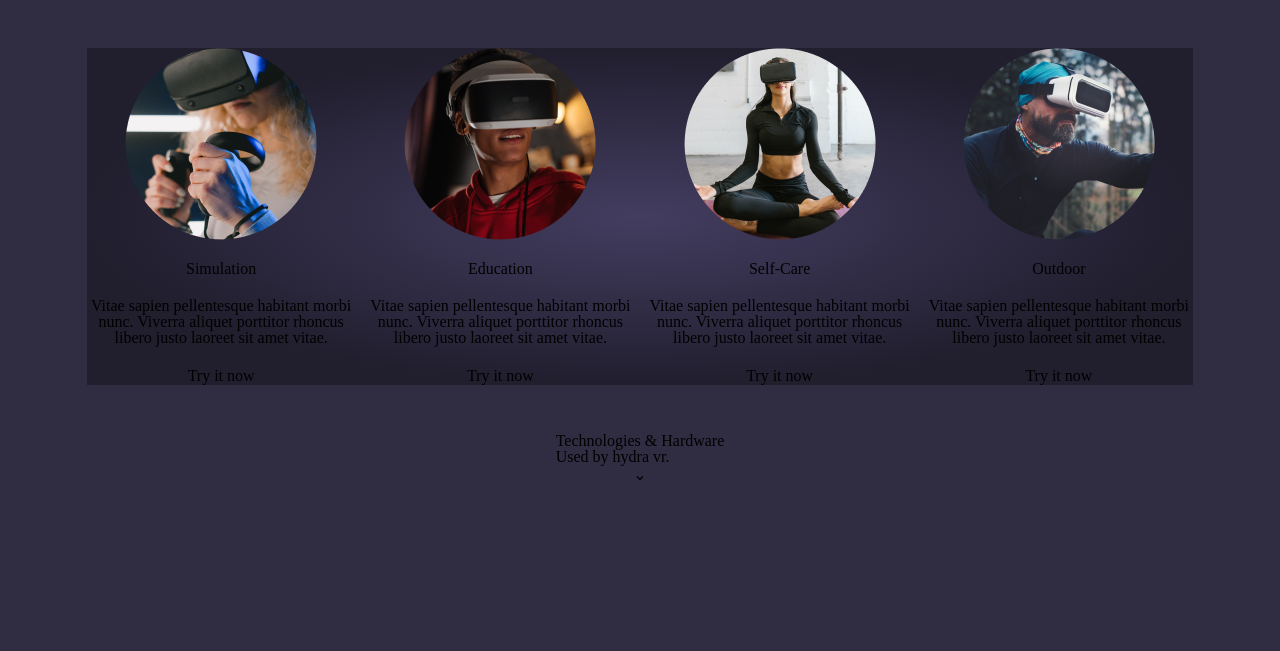
Repository: xMargi/Hydra-LandingPage
Page: index.html
The author's editor kept a copy of each file at every save. The page is drawn from the files as they stood at one save, then again after the next save.
The browser window is 1280 px wide. The pictures show the whole page.

Above is the page before, as saved 2023-06-07 20:09:31.

### index.html
    <!DOCTYPE html>
    <html lang="pt-br">
    <head>
        <meta charset="UTF-8">
        <meta http-equiv="X-UA-Compatible" content="IE=edge">
        <meta name="viewport" content="width=device-width, initial-scale=1.0">
        <title>Hydra - Landing Page</title>
        <link rel="stylesheet" href="./reset.css">
        <link rel="stylesheet" href="./style.css">
    </head>
    <body>
        <div class="cartoes">
            <div class="cartao">
                <img src="./assets/1.png" alt="Mulher jogando em realidade virtual" class="cartao__img">
                <h1 class="cartao__titulo">Simulation</h1>
                <p class="cartao__paragrafo">Vitae sapien pellentesque habitant morbi
                nunc. Viverra aliquet porttitor rhoncus
                libero justo laoreet sit amet vitae.</p>
                <button class="cartao__button">Try it now</button>
            </div>
            <div class="cartao">
                <img src="./assets/2.png" alt="Homem usando um óculos de realidade virtual" class="cartao__img">
                <h1 class="cartao__titulo">Education</h1>
                <p class="cartao__paragrafo">Vitae sapien pellentesque habitant morbi
                nunc. Viverra aliquet porttitor rhoncus
                libero justo laoreet sit amet vitae.</p>
                <button class="cartao__button">Try it now</button>
            </div>
            <div class="cartao">
                <img src="./assets/3.png" alt="Mulher meditando com óculos de realidade virtual" class="cartao__img">
                <h1 class="cartao__titulo">Self-Care</h1>
                <p class="cartao__paragrafo">Vitae sapien pellentesque habitant morbi
                nunc. Viverra aliquet porttitor rhoncus
                libero justo laoreet sit amet vitae.</p>
                <button class="cartao__button">Try it now</button>
            </div>
            <div class="cartao">
                <img src="./assets/4.png" alt="Homem fazendo exercicíos utilizando um óculos de realidade virtual" class="cartao__img">
                <h1 class="cartao__titulo">Outdoor</h1>
                <p class="cartao__paragrafo">Vitae sapien pellentesque habitant morbi
                nunc. Viverra aliquet porttitor rhoncus
                libero justo laoreet sit amet vitae.</p>
                <button class="cartao__button">Try it now</button>
            </div>
        </div>
        <div class="container__imagem">
            <h1 class="imagem__titulo">Technologies & Hardware</h1>
            <p class="imagem__paragrafo">Used by hydra vr.</p>
        </div>
        <button class="botao__baixo">&#8964</button>
        <script src="./script.js"></script>
    </body>
    </html>

### style.css
@import url('https://fonts.googleapis.com/css2?family=Montserrat:wght@300;400;700&display=swap');

:root{

    --fonte: 'Montserrat', sans-serif;
    --cor-fundo: #302C42;
    --cor-cartao: radial-gradient(50% 50% at 50% 50%, #433D60 0%, #211E2E 100%);
    --cor-button: linear-gradient(90deg, #8176AF 0%, #C0B7E8 100%);
    --cor-branca: #FFFFFF;
    --cor-texto: #343045;

}

body{
    box-sizing: border-box;
    background: var(--cor-fundo);
    display: flex;
    align-items: center;
    flex-direction: column;

}

.cartoes{
    margin:3rem 5.4375rem;
    display: flex;
    background: var(--cor-cartao);
    gap: 0.6875rem;
}

.cartao{

    display: flex;
    flex-direction: column;
    gap: 1.3125rem;
    align-items: center;
    justify-content: center;
    text-align: center;
}

Loaded but not shown: main/reset.css (common file); script.js (no copy from this time; the picture is the same without it)

After the next save:
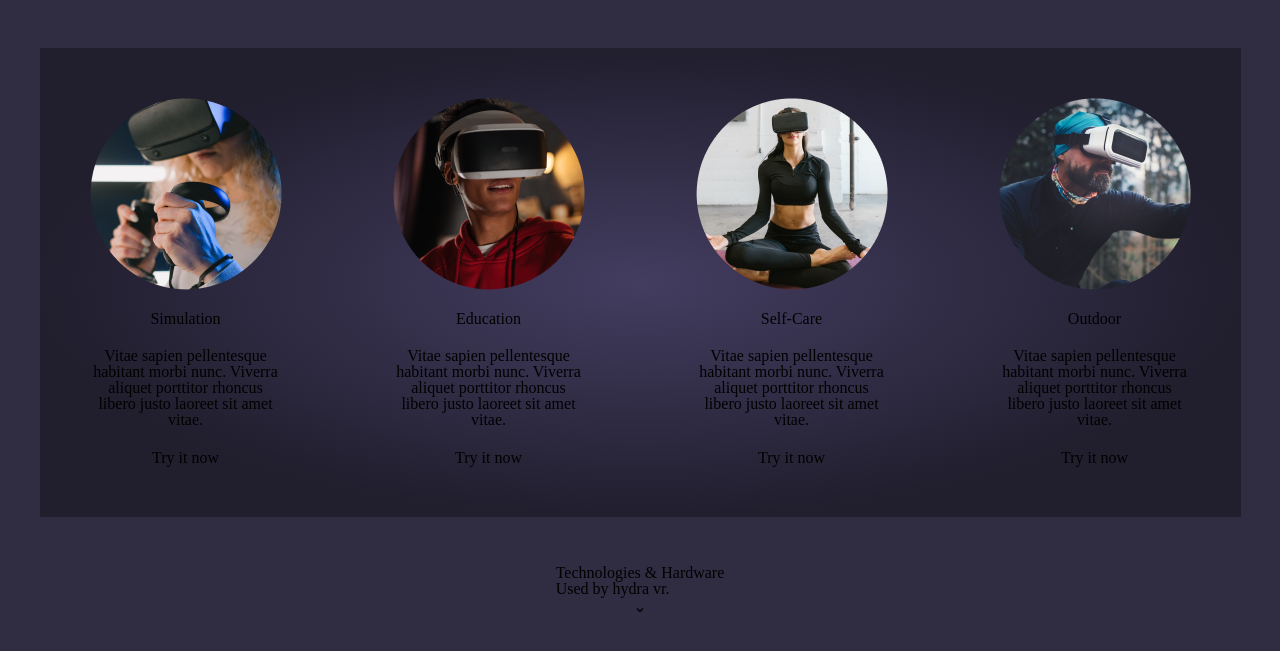
Saved 29 s later.
--- a/style.css
+++ b/style.css
@@ -35,4 +35,5 @@ body{
     align-items: center;
     justify-content: center;
     text-align: center;
+    padding: 3.125rem;
 }
